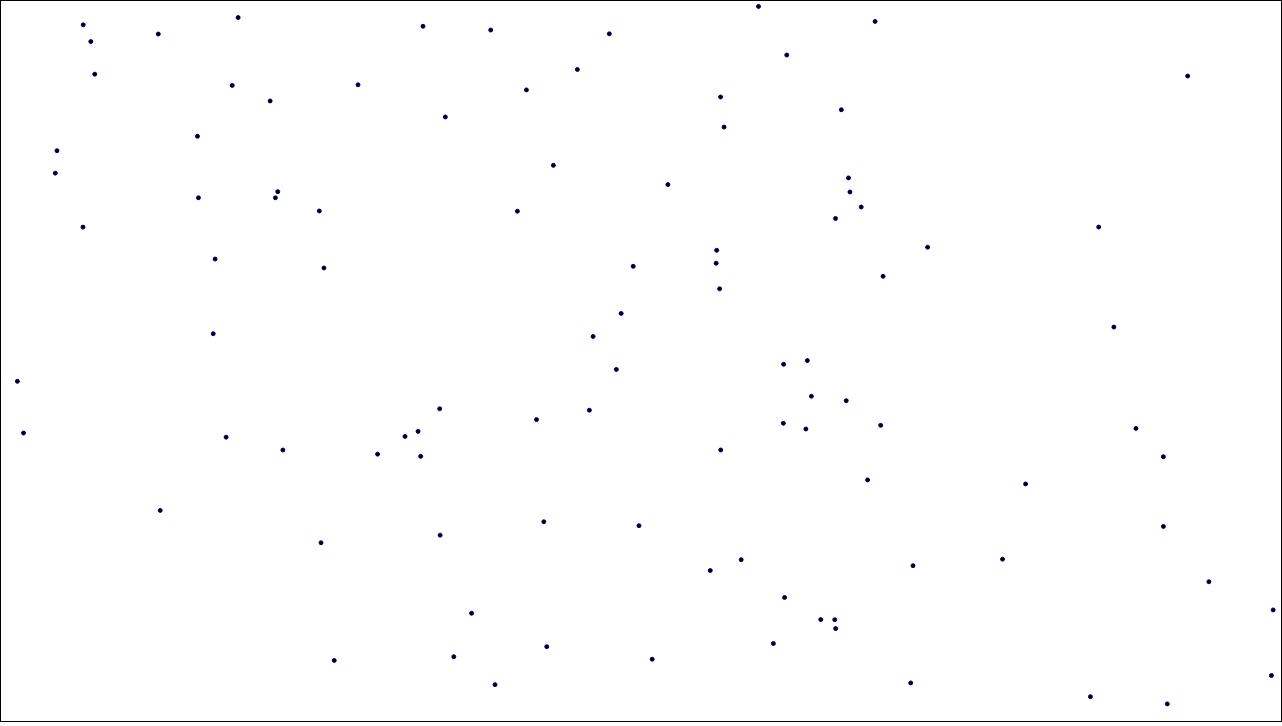
Repository: msminsu/study-canvas
Page: canvas/index.html
These files come from the project's save history. The page is drawn as it stood at one moment and after the next save; the edit follows.
The browser window is 1280 px wide. The page is 1282 px wide, so the pictures cover 1282 px, including what lies to the right of the window. The pictures show the whole page.

Above is the page before, as saved 2018-11-23 14:24:13.

### canvas/index.html
<!DOCTYPE html>
<html lang="en">
<head>
    <meta charset="UTF-8">
    <title>Document</title>
    <style>
        body{
            margin: 0;
        }
        canvas{
            width:100%;
            height: 100vh;
            border:1px solid black

        }
    </style>
</head>
<body>
    <canvas></canvas>
</body>
<script>
    var canvas = document.querySelector('canvas');
    canvas.width = window.innerWidth;
    canvas.height = window.innerHeight;

    var c = canvas.getContext('2d');

    // c.fillRect(100,100, 20, 20);


    /* c.beginPath();
    c.arc(200,200,30, 0, Math.PI * 2, false);
    c.strokeStyle = 'blue';
    c.stroke(); */


var mouse = {
    x:undefined,
    y: undefined
}

var maxRadius = 40;

window.addEventListener('mousemove',
function(event){
 mouse.x = event.x;
 mouse.y = event.y;
}
)
function Circle(x,y, dx, dy, radius){
        this.x = x;
        this.y = y;
        this.dx = dx;
        this.dy = dy;
        this.radius = radius;

        this.draw = function(){
            c.beginPath();
            c.arc(this.x, this.y, this.radius, 0, Math.PI * 2, false);
            c.strokeStyle = 'blue';
            c.stroke();
            c.fill();
        }

        this.updat = function(){
            if( this.x + this.radius > innerWidth || this.x -this.radius < 0){
            this.dx = -this.dx;
            }

            if( this.y + this.radius > innerHeight || this.y -this.radius < 0){
                this.dy = -this.dy;
            }
            this.x += this.dx;
            this.y += this.dy;

            //
            if(mouse.x - this.x < 50 && mouse.x - this.x > -50
            && mouse.y - this.y < 50 && mouse.y - this.y > -50
            ){
                if(this.radius < maxRadius){
                    this.radius += 1;
                }

            }else if(this.radius > 2){
                this.radius -= 1;
            }

            this.draw();
        }
}

var circle = new Circle(200, 200, 3,3, 30);

// circle.draw();





var circleArr = [];

for(var i =0; i<100; i++){
    var radius = 30;
    var x = Math.random() * (innerWidth - radius * 2) + radius;
    var y = Math.random() * (innerHeight - radius * 2) + radius;
    var dx = (Math.random() - 0.5); //* 8;
    var dy = (Math.random() - 0.5); //* 8;
    circleArr.push(new Circle(x, y, dx, dy, radius));
}

    function animate(){
        requestAnimationFrame(animate);


        c.clearRect(0, 0, innerWidth, innerHeight);

        for(var i = 0; i<circleArr.length; i++){
            circleArr[i].updat();
        }
        // circle.draw();

        // c.beginPath();
        // c.arc(x,y,radius, 0, Math.PI * 2, false);
        // c.strokeStyle = 'blue';
        // c.stroke();

       /*  if( x + radius > innerWidth || x -radius < 0){
            dx = -dx;
        }

        if( y + radius > innerHeight || y -radius < 0){
            dy = -dy;
        }
        x += dx;
        y += dy; */
    }

animate();

</script>
</html>

After the next save:
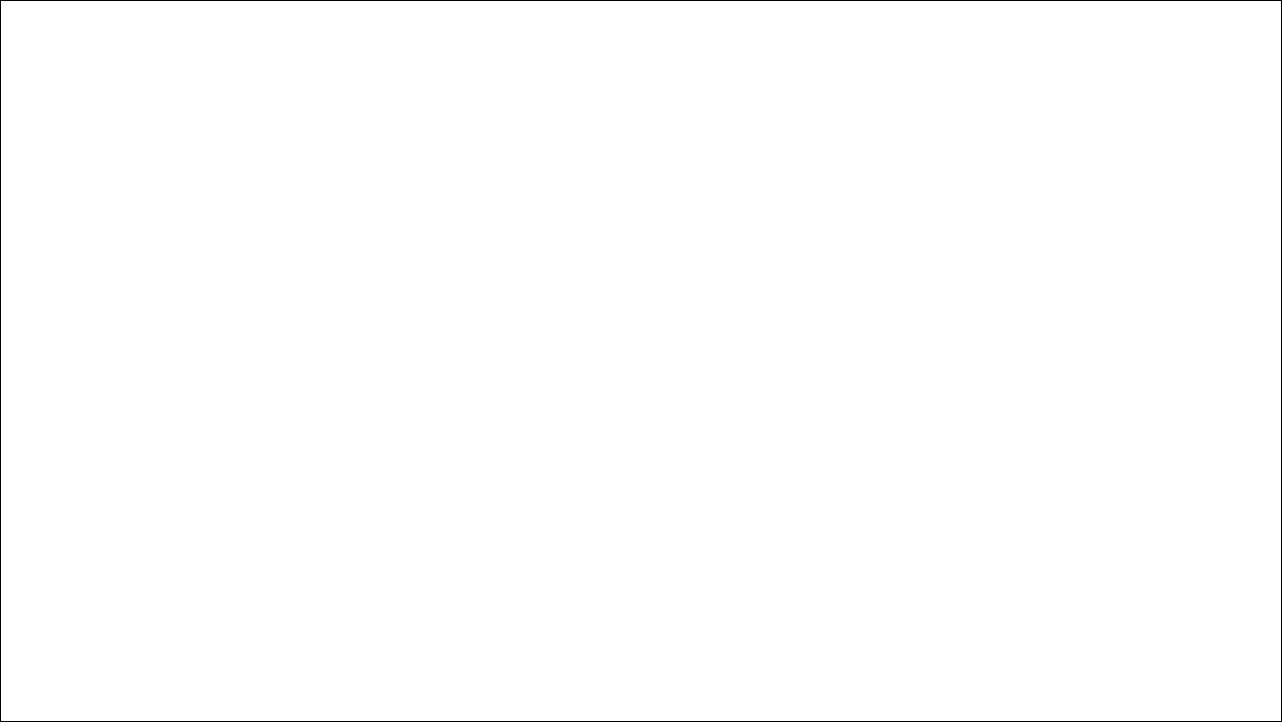
Console error: ReferenceError: minRadius is not defined
Saved 8 s later.
--- a/canvas/index.html
+++ b/canvas/index.html
@@ -81,7 +81,7 @@ function Circle(x,y, dx, dy, radius){
                     this.radius += 1;
                 }
 
-            }else if(this.radius > 2){
+            }else if(this.radius > minRadius){
                 this.radius -= 1;
             }
 

After the save that followed:
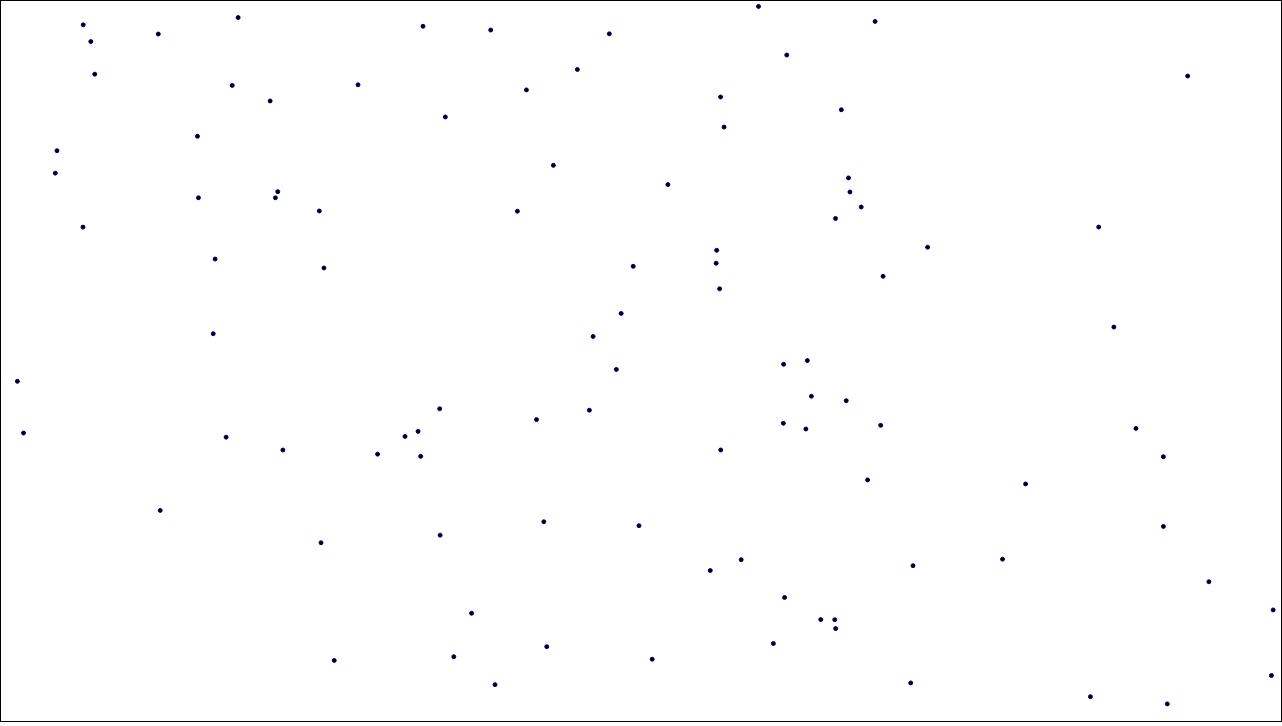
The error is gone.
Saved 11 s later.
--- a/canvas/index.html
+++ b/canvas/index.html
@@ -40,6 +40,7 @@ var mouse = {
 }
 
 var maxRadius = 40;
+var minRadius = 2;
 
 window.addEventListener('mousemove',
 function(event){
